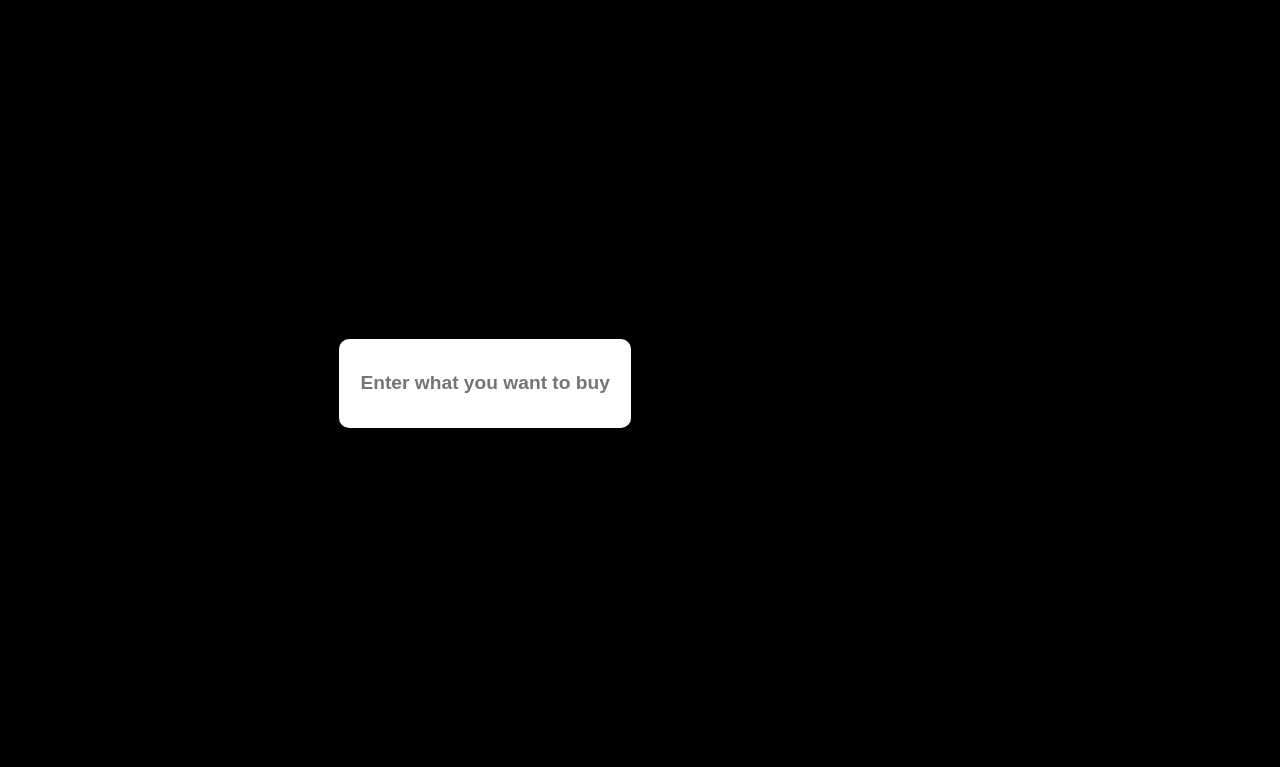
Repository: jcohenp/DI_Exercises
Page: W3/D2/gold/index.html
An editor plug-in stored every save of this project. The page is shown before and after the next save, followed by the edit.
The browser window is 1280 px wide. The pictures show the whole page.

Above is the page before, as saved 2020-08-25 12:13:01.
Console error: TypeError: Cannot read properties of null (reading 'addEventListener')

### W3/D2/gold/index.html
<!DOCTYPE html>
<html lang="en">

<head>
    <meta charset="UTF-8">
    <meta name="viewport" content="width=device-width, initial-scale=1.0">
    <title>Document</title>
</head>

<body>
    <div id="root"></div>

    <script src="./js/script.js"></script>
</body>

</html>

### W3/D2/gold/js/script.js
document.body.style.backgroundColor = "black";
document.body.style.margin = "25%";
document.body.style.display = "flex";
document.body.style.textAlign = "center";

function styleAll(element) {
    element.style.lineHeight = "2em";
    element.style.height = "4.5em";
    element.style.width = "15em";
    element.style.borderRadius = "10px"
    element.style.border = "none";
    element.style.margin = "1em"
    element.style.textAlign = "center";
    element.style.fontWeight = "bold"
    element.style.fontSize = "1.2em"

}

function createForm() {
    let root = document.getElementById("root");
    let inputForm = document.createElement("form");
    root.appendChild(inputForm);

    let formField = document.createElement("input");
    formField.type = "text";
    formField.placeholder = "Enter what you want to buy";
    // formField.value = "hello123"
    formField.name = "formField";
    let itemValue = formField.value;
    inputForm.appendChild(formField);
    styleAll(formField);

    let button = document.createElement("button");
    button.innerHTML = "+ Add";
    styleAll(button);
    button.style.backgroundColor = "green";
    button.style.color = "white";
    button = document.getElementById("button")
    button.addEventListener('click', function(e) {
        console.log("C")
        addItem(itemValue);
    });
    inputForm.appendChild(button);


    function addItem(itemValue) {
        if (itemValue != null) {
            console.log("item " + itemValue);
            createListItem(itemValue);
        }
    }

    let buttonClear = document.createElement("button");
    buttonClear.innerHTML = "CLEAR ALL";
    inputForm.appendChild(buttonClear);
    styleAll(buttonClear);
    buttonClear.style.backgroundColor = "yellow";
    buttonClear.style.color = "black";
}


function createListItem(itemValue) {
    parent = document.getElementById("root");
    let newItem = document.createElement("div");
    newItem.innerHTML = itemValue;
    newItem.style.color = "white"
    console.log("ItemCreate " + itemValue);
    console.log("createListItem " + newItem);
    styleAll(newItem);
    parent.appendChild(newItem);
}



createForm()

After the next save:
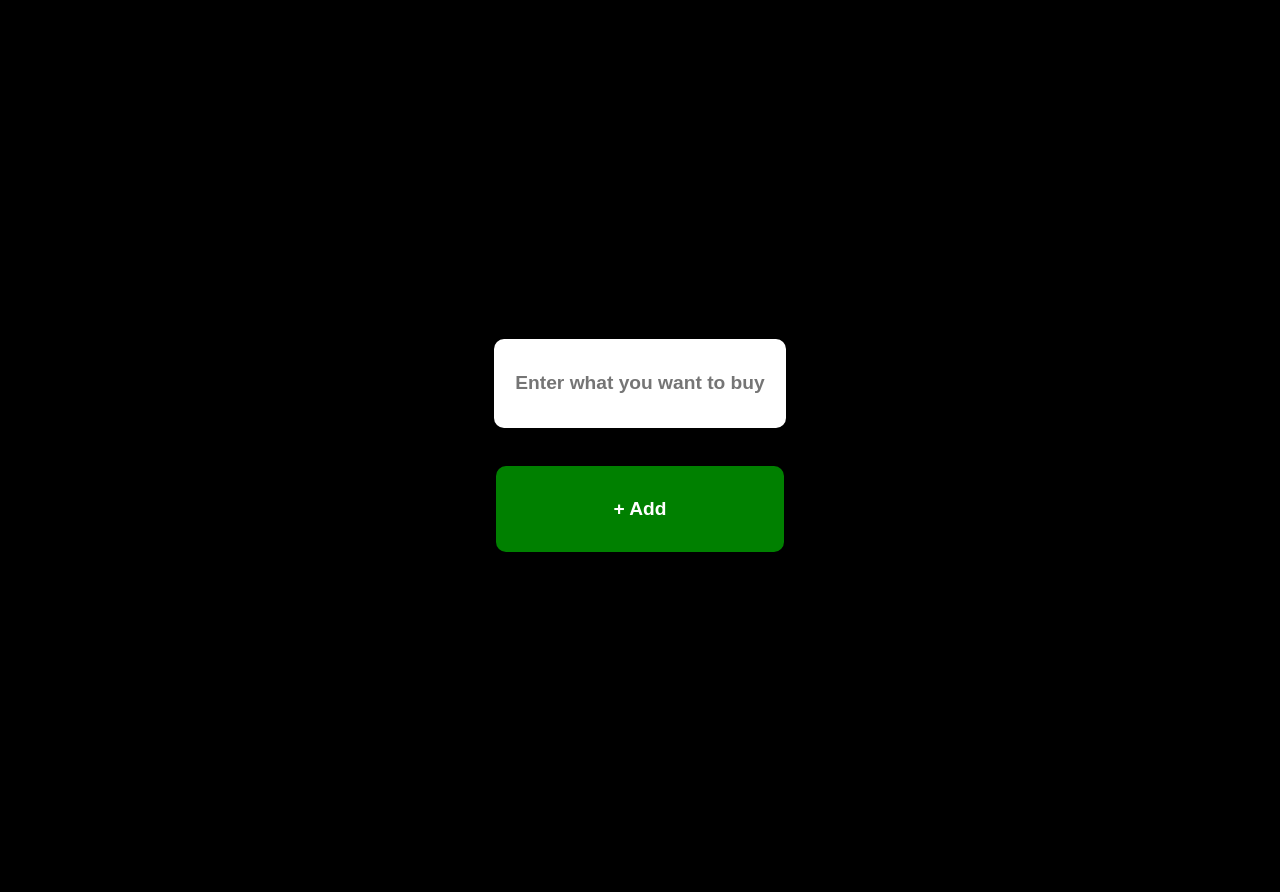
Saved 17 s later.
--- a/W3/D2/gold/js/script.js
+++ b/W3/D2/gold/js/script.js
@@ -35,12 +35,12 @@ function createForm() {
     styleAll(button);
     button.style.backgroundColor = "green";
     button.style.color = "white";
+    inputForm.appendChild(button);
     button = document.getElementById("button")
     button.addEventListener('click', function(e) {
         console.log("C")
         addItem(itemValue);
     });
-    inputForm.appendChild(button);
 
 
     function addItem(itemValue) {
